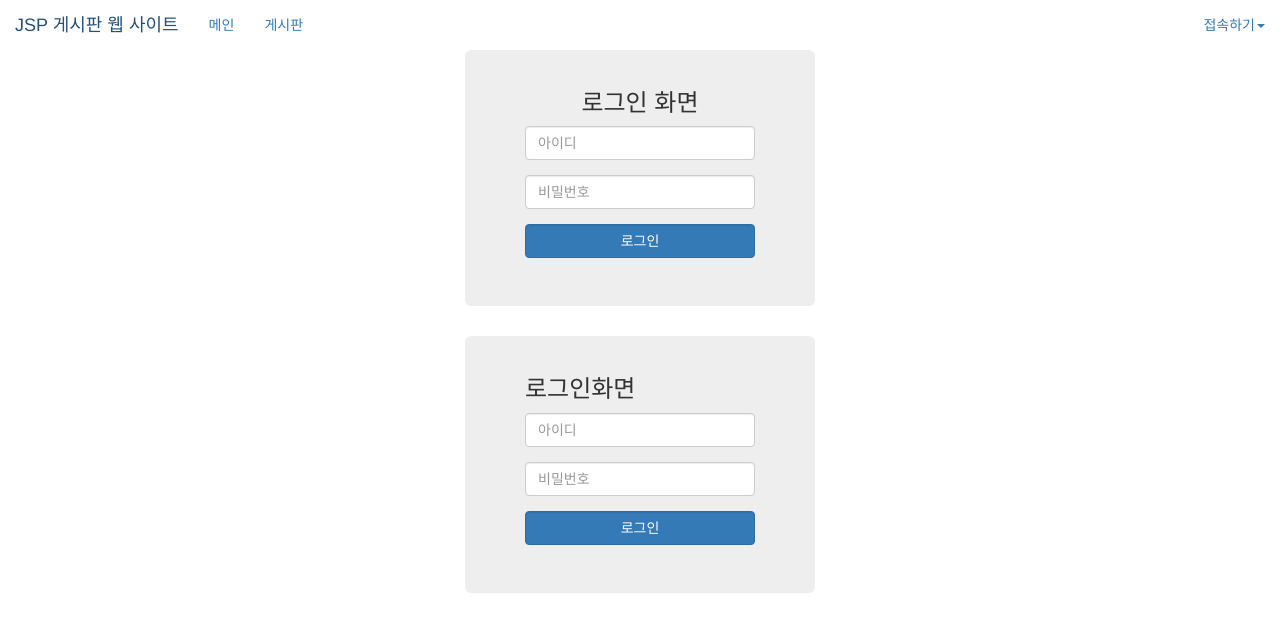
Repository: gawee2/ClassShare
Page: http://localhost/BBS/login.jsp
An editor plug-in stored every save of this project. The page is shown before and after the next save, followed by the edit.
The browser window is 1280 px wide. The pictures show the whole page.
Some web libraries are served in a nearby version. The page is served by Tomcat 9. Other server files are loaded and not shown.

Above is the page before, as saved 2022-03-20 10:54:32.

### BBS/WebContent/login.jsp
<%@ page language="java" contentType="text/html; charset=UTF-8"
    pageEncoding="UTF-8"%>
<!DOCTYPE html>
<html>
<head>
<meta http-equiv="Content-Type" content="text/html; charset=UTF-8">
<meta name="viewport" content="width=device-width" initial-scale="1">
<link rel="stylesheet" href="css/bootstrap.css">
<title>JSP 게시판 웹 사이트</title>
</head>
<body>
	<nav class="navbar_navbar-default">
		<div class="navbar-header">
			<button type="button" class="navbar-toggle collapsed"
				data-toggle="collapse" data-target="#bs-example-navber-collapse-1"
				aria-expanded="false">
				<span class="icon-bar"></span>
				<span class="icon-bar"></span>
				<span class="icon-bar"></span>
				</button>
				<a class="navbar-brand" href="main.jsp">JSP 게시판 웹 사이트</a>

				</div>
				<div class="collapse navbar-collapse" id="bs-example-navbar-collapse-1">
					<ul class="nav navbar-nav">
						<li><a href="main.jsp">메인</a></li>
						<li><a href="bbs.jsp">게시판</a></li>
					</ul>
					<ul class="nav navbar-nav navbar-right">
						<li class="dropdown">
							<a href="#" class="dropdown-toggle"
								data-toggle="dropdown" role="button" aria-haspopup="true"
								aria-expanded="false">접속하기<span class="caret"></span></a>
								<ul class="dropdown-menu">
									<li class="active"><a href="login.jsp">로그인</a></li>
									<li><a href="join.jsp">회원가입</a></li>
								</ul>
						</li>
					</ul>
				</div>
				</nav>

				<div class="container">
					<div class="col-lg-4"></div>
					<div class="col-lg-4">
						<div class="jumbotron" style="padding-top: 20px;">
							<form method="post" action="loginAction.jsp">
								<h3 style="text-align: center;">로그인 화면</h3>
								<div class="form-group">
									<input type="text" class="form-control" placeholder="아이디" name="userID" maxlength="20">
								</div>

								<div class="form-group">
									<input type="password" class="form-control" placeholder="비밀번호" name="userPassword" maxlength="20">
								</div>
								<input type="submit" class="btn btn-primary form-control" value="로그인">
							</form>
					</div>
					</div>
					<div class="col-lg-4"></div>
				</div>


	<script src="https://code.jquery.com/jquery-3.1.1.min.js"></script>
	<script src="js/bootstrap.js"></script>
</body>
</html>
<ul class="dropdown-menu">
<li class="active"><a href="login.jsp">로그인</a>
<li><a href="join.jsp">회원가입</a>

</ul>
	</div>
</nav>
<div class="container">
	<div class="col-lg-4"></div>
	<div class="col-lg-4">
		<div class="jumbotron" style="padding-top: 20px">
			<form method="post" action="loginAction.jsp">
				<h3 style="text-aligh: center;">로그인화면</h3>
					<div class="form-group">
						<input type="text" class="form-control" placeholder="아이디" name="userID" maxlength="20">
					</div>
					<div class="form-group">
					<input type="password" class="form-control" placeholder="비밀번호" name="userPassword" maxlength="20">
					</div>
					<input type="submit" class="btn btn-primary form-control" value="로그인">


			</form>
		</div>
	</div>
</div>
<script src="http://code.jquery.com/jquery-3.1.1.min-js"></script>
<script src="js/bootstrap.js"></script>

</body>
</html>

Loaded but not shown: BBS/WebContent/css/bootstrap.css (library); BBS/WebContent/js/bootstrap.js (library)

After the next save:
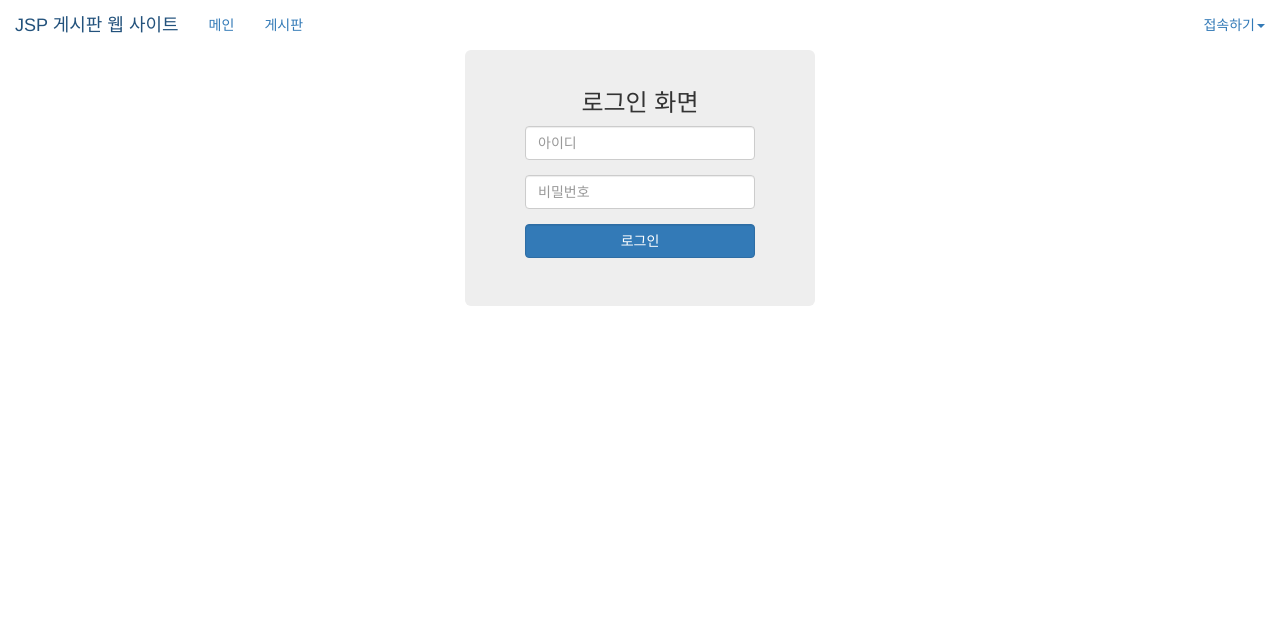
Saved 35 s later.
--- a/BBS/WebContent/login.jsp
+++ b/BBS/WebContent/login.jsp
@@ -65,34 +65,3 @@
 	<script src="js/bootstrap.js"></script>
 </body>
 </html>
-<ul class="dropdown-menu">
-<li class="active"><a href="login.jsp">로그인</a>
-<li><a href="join.jsp">회원가입</a>
-
-</ul>
-	</div>
-</nav>
-<div class="container">
-	<div class="col-lg-4"></div>
-	<div class="col-lg-4">
-		<div class="jumbotron" style="padding-top: 20px">
-			<form method="post" action="loginAction.jsp">
-				<h3 style="text-aligh: center;">로그인화면</h3>
-					<div class="form-group">
-						<input type="text" class="form-control" placeholder="아이디" name="userID" maxlength="20">
-					</div>
-					<div class="form-group">
-					<input type="password" class="form-control" placeholder="비밀번호" name="userPassword" maxlength="20">
-					</div>
-					<input type="submit" class="btn btn-primary form-control" value="로그인">
-
-
-			</form>
-		</div>
-	</div>
-</div>
-<script src="http://code.jquery.com/jquery-3.1.1.min-js"></script>
-<script src="js/bootstrap.js"></script>
-
-</body>
-</html>
